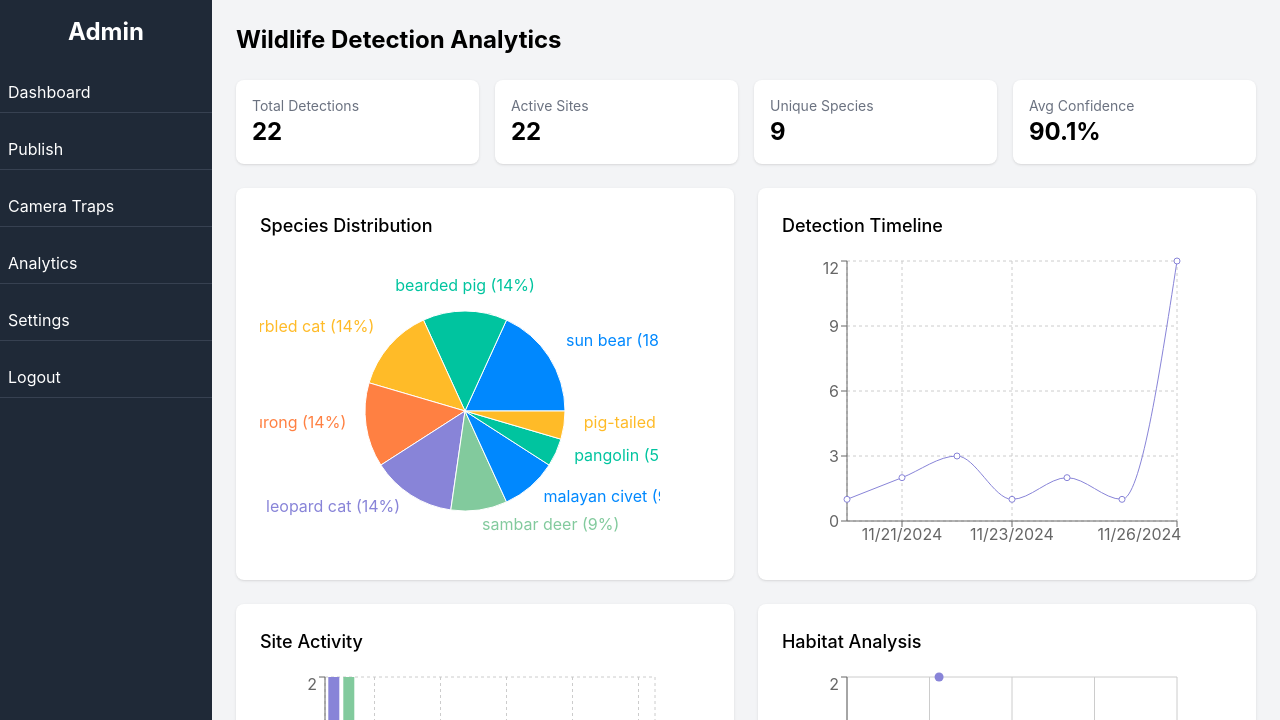
Repository: DominicMathew240/wildlife
Page: /pages/admin/dashboard/analytics
An editor plug-in stored every save of this project. The page is shown before and after a run of saves, followed by the edit.
The browser window is 1280 px wide. The pictures show the whole page.
An inner scrolling area shows only its first screen. Some web libraries are served in a nearby version. The project was rebuilt for these pictures with package versions that can differ from the ones it lists, and the page was loaded fresh each time. The framework's server and built-in components were replaced by stand-ins that run in the browser. Also part of the build but not shown: next.config.mjs.

Above is the page before, as saved 2024-11-25 23:58:26.

### src/app/layout.js
import localFont from "next/font/local";
import "./globals.css";

const geistSans = localFont({
  src: "./fonts/GeistVF.woff",
  variable: "--font-geist-sans",
  weight: "100 900",
});
const geistMono = localFont({
  src: "./fonts/GeistMonoVF.woff",
  variable: "--font-geist-mono",
  weight: "100 900",
});

export const metadata = {
  title: "Wild Life",
  description: "Wild Life of Sarawak",
};

export default function RootLayout({ children }) {
  return (
    <html lang="en">
      <head>
        <link href="https://cdn.jsdelivr.net/npm/flowbite@2.5.1/dist/flowbite.min.css" rel="stylesheet" />
      </head>
      <body className={`${geistSans.variable} ${geistMono.variable} antialiased`} >
        {children}

        <script src="https://cdn.jsdelivr.net/npm/flowbite@2.5.1/dist/flowbite.min.js"></script>
      </body>
    </html>
  );
}

### src/app/pages/admin/dashboard/analytics/page.js
"use client";

import React, { useState, useEffect } from 'react';
import { BarChart, Bar, XAxis, YAxis, CartesianGrid, Tooltip, Legend, PieChart, Pie, Cell, LineChart, Line, ScatterChart, Scatter } from 'recharts';
import Sidebar from "../../components/sidebar";
import { createClient } from '@vercel/postgres';


export default function Analytics() {
  // Mock data matching our database schema
  const detectionData = [
    { site_id: '0002-A', species: 'sun bear', confidence: 0.89, timestamp: '2024-11-20 14:23:15' },
    { site_id: '0002-A', species: 'bearded pig', confidence: 0.95, timestamp: '2024-11-25 15:45:32' },
    { site_id: '0002-B', species: 'marbled cat', confidence: 0.88, timestamp: '2024-11-23 16:12:45' },
    { site_id: '0002-C', species: 'sambar deer', confidence: 0.92, timestamp: '2024-11-22 17:30:21' },
    { site_id: '0002-D', species: 'binturong', confidence: 0.87, timestamp: '2024-11-22 18:45:33' },
    { site_id: '0003-A', species: 'sun bear', confidence: 0.91, timestamp: '2024-11-24 19:15:42' },
    { site_id: '0003-B', species: 'pangolin', confidence: 0.86, timestamp: '2024-11-24 20:1:18' },
    { site_id: '0003-C', species: 'leopard cat', confidence: 0.93, timestamp: '2024-11-21 21:35:44' },
    { site_id: '0003-D', species: 'leopard cat', confidence: 0.89, timestamp: '2024-11-21 22:45:12' },
    { site_id: '0004-A', species: 'malayan civet', confidence: 0.90, timestamp: '2024-11-22 23:15:33' },
    { site_id: '0004-B', species: 'pig-tailed macaque', confidence: 0.88, timestamp: '2024-11-26 00:23:42' },
    { site_id: '0004-C', species: 'sun bear', confidence: 0.92, timestamp: '2024-11-26 01:35:18' },
    { site_id: '0004-D', species: 'bearded pig', confidence: 0.94, timestamp: '2024-11-26 02:45:55' },
    { site_id: '0005-A', species: 'marbled cat', confidence: 0.87, timestamp: '2024-11-26 03:15:22' },
    { site_id: '0005-B', species: 'binturong', confidence: 0.89, timestamp: '2024-11-26 04:20:44' },
    { site_id: '0005-C', species: 'sambar deer', confidence: 0.93, timestamp: '2024-11-26 05:35:16' },
    { site_id: '0006-A', species: 'leopard cat', confidence: 0.90, timestamp: '2024-11-26 06:15:33' },
    { site_id: '0006-B', species: 'malayan civet', confidence: 0.88, timestamp: '2024-11-26 07:20:47' },
    { site_id: '0006-C', species: 'sun bear', confidence: 0.91, timestamp: '2024-11-26 08:35:19' },
    { site_id: '0001-A', species: 'bearded pig', confidence: 0.89, timestamp: '2024-11-26 09:15:28' },
    { site_id: '0001-B', species: 'binturong', confidence: 0.92, timestamp: '2024-11-26 10:23:45' },
    { site_id: '0001-C', species: 'marbled cat', confidence: 0.90, timestamp: '2024-11-26 11:35:12' }
];

const siteData = [
    { site_id: '0002-A', elevation_m: 279, forest_cover: 95, canopy_height: 35, water_occurrence: 12, distance_to_road: 0, human_population: 0 },
    { site_id: '0002-B', elevation_m: 308, forest_cover: 97, canopy_height: 43, water_occurrence: 0, distance_to_road: 0, human_population: 0 },
    { site_id: '0002-C', elevation_m: 374, forest_cover: 93, canopy_height: 41, water_occurrence: 0, distance_to_road: 1414.213501, human_population: 0 },
    { site_id: '0002-D', elevation_m: 382, forest_cover: 97, canopy_height: 39, water_occurrence: 0, distance_to_road: 2000, human_population: 0 },
    { site_id: '0002-E', elevation_m: 471, forest_cover: 93, canopy_height: 37, water_occurrence: 0, distance_to_road: 1000, human_population: 0 },
    { site_id: '0003-A', elevation_m: 337, forest_cover: 98, canopy_height: 44, water_occurrence: 0, distance_to_road: 2828.427002, human_population: 0 },
    { site_id: '0003-B', elevation_m: 337, forest_cover: 98, canopy_height: 44, water_occurrence: 0, distance_to_road: 2000, human_population: 0 },
    { site_id: '0003-C', elevation_m: 558, forest_cover: 95, canopy_height: 44, water_occurrence: 0, distance_to_road: 0, human_population: 0 },
    { site_id: '0003-D', elevation_m: 429, forest_cover: 98, canopy_height: 40, water_occurrence: 0, distance_to_road: 0, human_population: 0 },
    { site_id: '0004-A', elevation_m: 439, forest_cover: 98, canopy_height: 41, water_occurrence: 0, distance_to_road: 0, human_population: 0 },
    { site_id: '0004-B', elevation_m: 297, forest_cover: 98, canopy_height: 38, water_occurrence: 0, distance_to_road: 1000, human_population: 0 },
    { site_id: '0004-C', elevation_m: 648, forest_cover: 94, canopy_height: 34, water_occurrence: 0, distance_to_road: 0, human_population: 0 },
    { site_id: '0004-D', elevation_m: 869, forest_cover: 92, canopy_height: 40, water_occurrence: 0, distance_to_road: 2828.427002, human_population: 0 },
    { site_id: '0005-A', elevation_m: 667, forest_cover: 98, canopy_height: 42, water_occurrence: 0, distance_to_road: 0, human_population: 0 },
    { site_id: '0005-B', elevation_m: 667, forest_cover: 98, canopy_height: 42, water_occurrence: 0, distance_to_road: 0, human_population: 0 },
    { site_id: '0005-C', elevation_m: 15, forest_cover: 92, canopy_height: 20, water_occurrence: 0, distance_to_road: 4472.13623, human_population: 0 },
    { site_id: '0006-A', elevation_m: 104, forest_cover: 89, canopy_height: 19, water_occurrence: 0, distance_to_road: 1000, human_population: 0 },
    { site_id: '0006-B', elevation_m: 549, forest_cover: 94, canopy_height: 30, water_occurrence: 0, distance_to_road: 1000, human_population: 0 },
    { site_id: '0006-C', elevation_m: 367, forest_cover: 91, canopy_height: 28, water_occurrence: 0, distance_to_road: 1000, human_population: 7.454078674 },
    { site_id: '0001-A', elevation_m: 72, forest_cover: 93, canopy_height: 23, water_occurrence: 0, distance_to_road: 0, human_population: 3.773095846 },
    { site_id: '0001-B', elevation_m: 300, forest_cover: 92, canopy_height: 37, water_occurrence: 0, distance_to_road: 3605.55127, human_population: 0 },
    { site_id: '0001-C', elevation_m: 281, forest_cover: 95, canopy_height: 31, water_occurrence: 0, distance_to_road: 2236.068115, human_population: 0 }
];

  const getSpeciesStats = () => {
    const stats = {};
    detectionData.forEach(det => {
      if (!stats[det.species]) {
        stats[det.species] = {
          count: 0,
          avgConfidence: 0,
          sites: new Set()
        };
      }
      stats[det.species].count++;
      stats[det.species].avgConfidence += det.confidence;
      stats[det.species].sites.add(det.site_id);
    });

    return Object.entries(stats).map(([species, data]) => ({
      species,
      count: data.count,
      avgConfidence: (data.avgConfidence / data.count * 100).toFixed(1),
      siteCount: data.sites.size
    })).sort((a, b) => b.count - a.count);
  };

  const getSiteStats = () => {
    return siteData.map(site => ({
      ...site,
      detectionCount: detectionData.filter(d => d.site_id === site.site_id).length,
      uniqueSpecies: new Set(detectionData.filter(d => d.site_id === site.site_id).map(d => d.species)).size
    }));
  };

  const getTimeSeriesData = () => {
    const timeData = {};
    detectionData.forEach(det => {
      const date = new Date(det.timestamp).toLocaleDateString();
      timeData[date] = (timeData[date] || 0) + 1;
    });
    return Object.entries(timeData)
      .map(([date, count]) => ({ date, count }))
      .sort((a, b) => new Date(a.date) - new Date(b.date));
  };

  const COLORS = ['#0088FE', '#00C49F', '#FFBB28', '#FF8042', '#8884d8', '#82ca9d'];

  return (
    <div className="flex flex-row h-screen bg-gray-100">
      <Sidebar />
      <div className="w-full p-6 overflow-y-auto">
        <h1 className="text-2xl font-bold mb-6">Wildlife Detection Analytics</h1>

        {/* Overview Cards */}
        <div className="grid grid-cols-1 md:grid-cols-4 gap-4 mb-6">
          <div className="bg-white p-4 rounded-lg shadow">
            <h3 className="text-gray-500 text-sm">Total Detections</h3>
            <p className="text-2xl font-bold">{detectionData.length}</p>
          </div>
          <div className="bg-white p-4 rounded-lg shadow">
            <h3 className="text-gray-500 text-sm">Active Sites</h3>
            <p className="text-2xl font-bold">{siteData.length}</p>
          </div>
          <div className="bg-white p-4 rounded-lg shadow">
            <h3 className="text-gray-500 text-sm">Unique Species</h3>
            <p className="text-2xl font-bold">{new Set(detectionData.map(d => d.species)).size}</p>
          </div>
          <div className="bg-white p-4 rounded-lg shadow">
            <h3 className="text-gray-500 text-sm">Avg Confidence</h3>
            <p className="text-2xl font-bold">
              {(detectionData.reduce((acc, det) => acc + det.confidence, 0) / detectionData.length * 100).toFixed(1)}%
            </p>
          </div>
        </div>

        {/* Charts */}
        <div className="grid grid-cols-1 md:grid-cols-2 gap-6 mb-6">
          <div className="bg-white p-6 rounded-lg shadow">
            <h3 className="text-lg font-medium mb-4">Species Distribution</h3>
            <PieChart width={400} height={300}>
              <Pie
                data={getSpeciesStats()}
                cx={200}
                cy={150}
                labelLine={false}
                outerRadius={100}
                dataKey="count"
                nameKey="species"
                label={({ species, percent }) => `${species} (${(percent * 100).toFixed(0)}%)`}
              >
                {getSpeciesStats().map((entry, index) => (
                  <Cell key={`cell-${index}`} fill={COLORS[index % COLORS.length]} />
                ))}
              </Pie>
              <Tooltip />
            </PieChart>
          </div>

          <div className="bg-white p-6 rounded-lg shadow">
            <h3 className="text-lg font-medium mb-4">Detection Timeline</h3>
            <LineChart width={400} height={300} data={getTimeSeriesData()}>
              <CartesianGrid strokeDasharray="3 3" />
              <XAxis dataKey="date" />
              <YAxis />
              <Tooltip />
              <Line type="monotone" dataKey="count" stroke="#8884d8" />
            </LineChart>
          </div>

          <div className="bg-white p-6 rounded-lg shadow">
            <h3 className="text-lg font-medium mb-4">Site Activity</h3>
            <BarChart width={400} height={300} data={getSiteStats().slice(0, 10)}>
              <CartesianGrid strokeDasharray="3 3" />
              <XAxis dataKey="site_id" />
              <YAxis />
              <Tooltip />
              <Legend />
              <Bar dataKey="detectionCount" fill="#8884d8" name="Detections" />
              <Bar dataKey="uniqueSpecies" fill="#82ca9d" name="Unique Species" />
            </BarChart>
          </div>

          <div className="bg-white p-6 rounded-lg shadow">
            <h3 className="text-lg font-medium mb-4">Habitat Analysis</h3>
            <ScatterChart width={400} height={300}>
              <CartesianGrid />
              <XAxis type="number" dataKey="elevation_m" name="Elevation (m)" />
              <YAxis type="number" dataKey="detectionCount" name="Detection Count" />
              <Tooltip cursor={{ strokeDasharray: '3 3' }} />
              <Scatter name="Sites" data={getSiteStats()} fill="#8884d8" />
            </ScatterChart>
          </div>
        </div>

        {/* Detailed Tables */}
        <div className="grid grid-cols-1 gap-6">
          <div className="bg-white p-6 rounded-lg shadow">
            <h3 className="text-lg font-medium mb-4">Latest Detections</h3>
            <div className="overflow-x-auto">
              <table className="min-w-full">
                <thead>
                  <tr className="bg-gray-50">
                    <th className="p-2">Time</th>
                    <th className="p-2">Site</th>
                    <th className="p-2">Species</th>
                    <th className="p-2">Confidence</th>
                  </tr>
                </thead>
                <tbody>
                  {detectionData.slice(0, 10).map((detection, idx) => (
                    <tr key={idx} className="border-t">
                      <td className="p-2">{new Date(detection.timestamp).toLocaleString()}</td>
                      <td className="p-2">{detection.site_id}</td>
                      <td className="p-2">{detection.species}</td>
                      <td className="p-2">{(detection.confidence * 100).toFixed(1)}%</td>
                    </tr>
                  ))}
                </tbody>
              </table>
            </div>
          </div>

          <div className="bg-white p-6 rounded-lg shadow">
            <h3 className="text-lg font-medium mb-4">Site Performance</h3>
            <div className="overflow-x-auto">
              <table className="min-w-full">
                <thead>
                  <tr className="bg-gray-50">
                    <th className="p-2">Site ID</th>
                    <th className="p-2">Elevation (m)</th>
                    <th className="p-2">Forest Cover (%)</th>
                    <th className="p-2">Canopy Height (m)</th>
                    <th className="p-2">Total Detections</th>
                    <th className="p-2">Unique Species</th>
                  </tr>
                </thead>
                <tbody>
                  {getSiteStats().map((site, idx) => (
                    <tr key={idx} className="border-t">
                      <td className="p-2">{site.site_id}</td>
                      <td className="p-2">{site.elevation_m}</td>
                      <td className="p-2">{site.forest_cover}</td>
                      <td className="p-2">{site.canopy_height}</td>
                      <td className="p-2">{site.detectionCount}</td>
                      <td className="p-2">{site.uniqueSpecies}</td>
                    </tr>
                  ))}
                </tbody>
              </table>
            </div>
          </div>
        </div>
      </div>
    </div>
  );
}

### src/app/globals.css
@tailwind base;
@tailwind components;
@tailwind utilities;

.thank-you-animation {
    font-size: 3rem;
    animation: bounce 1s infinite;
}

@keyframes bounce {
    0%, 100% {
        transform: translateY(0);
    }
    50% {
        transform: translateY(-20px);
    }
}

html {
    scroll-behavior: smooth;
}

### src/app/pages/admin/components/sidebar.js
import React from "react";
import Link from "next/link";

export default function Sidebar() {
    return (
        <aside className="flex flex-col justify-start items-center w-64 h-screen bg-gray-800 text-white">
            <h1 className="text-2xl font-bold mt-4">Admin</h1>
            <ul className="flex flex-col justify-start items-center w-full mt-4">
                <Link href="/pages/admin/dashboard" className="w-full p-2 my-2 border-b border-gray-700">Dashboard</Link>
                <Link href="/pages/admin/dashboard/admin_publish" className="w-full p-2 my-2 border-b border-gray-700">Publish</Link>
                <Link href="/pages/admin/dashboard/camera_traps" className="w-full p-2 my-2 border-b border-gray-700">Camera Traps</Link>
                <Link href="/pages/admin/dashboard/analytics" className="w-full p-2 my-2 border-b border-gray-700">Analytics</Link>
                <Link href="/pages/admin/dashboard/admin_roles" className="w-full p-2 my-2 border-b border-gray-700">Settings</Link>
                <a href="/" className="w-full p-2 my-2 border-b border-gray-700">Logout</a>
            </ul>
        </aside>
    );
}

Loaded but not shown: tailwind.config.js (common file)

After the next 8 saves:
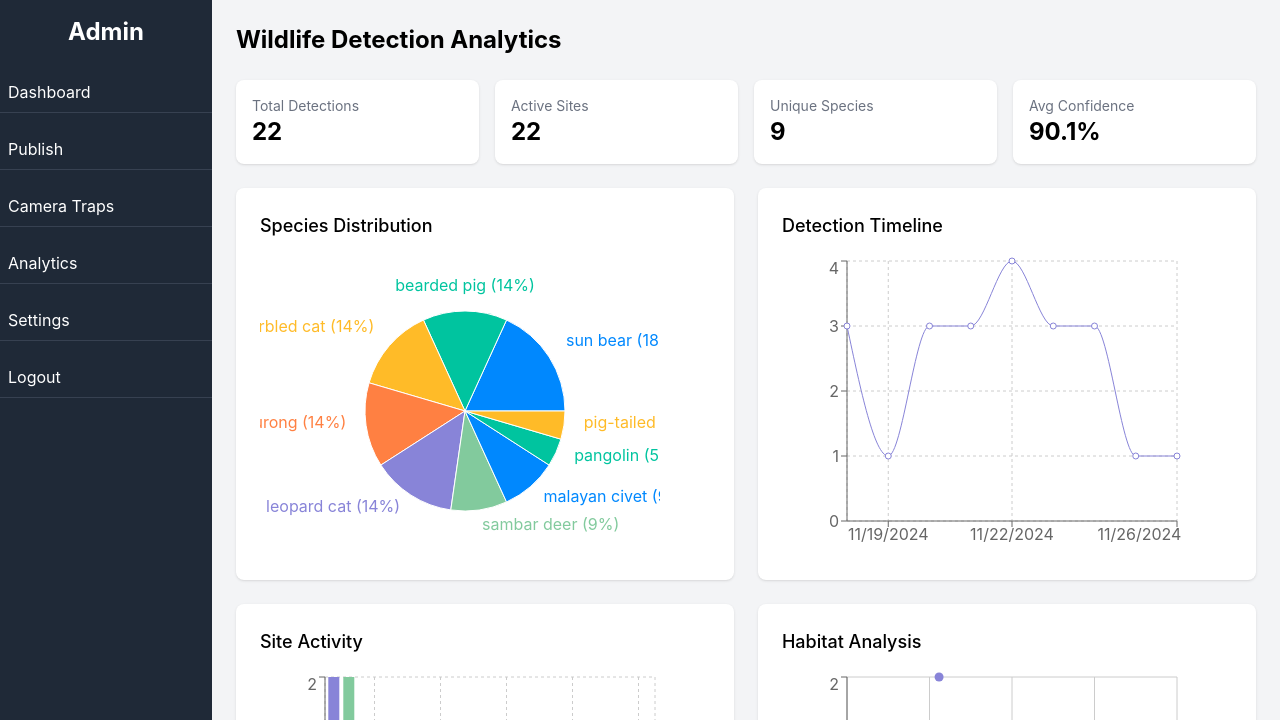
The 8 saves are shown as one change because they came seconds apart.
The last was saved 28 s later.
--- a/src/app/pages/admin/dashboard/analytics/page.js
+++ b/src/app/pages/admin/dashboard/analytics/page.js
@@ -19,18 +19,18 @@ export default function Analytics() {
     { site_id: '0003-C', species: 'leopard cat', confidence: 0.93, timestamp: '2024-11-21 21:35:44' },
     { site_id: '0003-D', species: 'leopard cat', confidence: 0.89, timestamp: '2024-11-21 22:45:12' },
     { site_id: '0004-A', species: 'malayan civet', confidence: 0.90, timestamp: '2024-11-22 23:15:33' },
-    { site_id: '0004-B', species: 'pig-tailed macaque', confidence: 0.88, timestamp: '2024-11-26 00:23:42' },
-    { site_id: '0004-C', species: 'sun bear', confidence: 0.92, timestamp: '2024-11-26 01:35:18' },
-    { site_id: '0004-D', species: 'bearded pig', confidence: 0.94, timestamp: '2024-11-26 02:45:55' },
-    { site_id: '0005-A', species: 'marbled cat', confidence: 0.87, timestamp: '2024-11-26 03:15:22' },
-    { site_id: '0005-B', species: 'binturong', confidence: 0.89, timestamp: '2024-11-26 04:20:44' },
-    { site_id: '0005-C', species: 'sambar deer', confidence: 0.93, timestamp: '2024-11-26 05:35:16' },
-    { site_id: '0006-A', species: 'leopard cat', confidence: 0.90, timestamp: '2024-11-26 06:15:33' },
-    { site_id: '0006-B', species: 'malayan civet', confidence: 0.88, timestamp: '2024-11-26 07:20:47' },
-    { site_id: '0006-C', species: 'sun bear', confidence: 0.91, timestamp: '2024-11-26 08:35:19' },
-    { site_id: '0001-A', species: 'bearded pig', confidence: 0.89, timestamp: '2024-11-26 09:15:28' },
+    { site_id: '0004-B', species: 'pig-tailed macaque', confidence: 0.88, timestamp: '2024-11-21 00:23:42' },
+    { site_id: '0004-C', species: 'sun bear', confidence: 0.92, timestamp: '2024-11-20 01:35:18' },
+    { site_id: '0004-D', species: 'bearded pig', confidence: 0.94, timestamp: '2024-11-23 02:45:55' },
+    { site_id: '0005-A', species: 'marbled cat', confidence: 0.87, timestamp: '2024-11-22 03:15:22' },
+    { site_id: '0005-B', species: 'binturong', confidence: 0.89, timestamp: '2024-11-18 04:20:44' },
+    { site_id: '0005-C', species: 'sambar deer', confidence: 0.93, timestamp: '2024-11-18 05:35:16' },
+    { site_id: '0006-A', species: 'leopard cat', confidence: 0.90, timestamp: '2024-11-18 06:15:33' },
+    { site_id: '0006-B', species: 'malayan civet', confidence: 0.88, timestamp: '2024-11-19 07:20:47' },
+    { site_id: '0006-C', species: 'sun bear', confidence: 0.91, timestamp: '2024-11-20 08:35:19' },
+    { site_id: '0001-A', species: 'bearded pig', confidence: 0.89, timestamp: '2024-11-24 09:15:28' },
     { site_id: '0001-B', species: 'binturong', confidence: 0.92, timestamp: '2024-11-26 10:23:45' },
-    { site_id: '0001-C', species: 'marbled cat', confidence: 0.90, timestamp: '2024-11-26 11:35:12' }
+    { site_id: '0001-C', species: 'marbled cat', confidence: 0.90, timestamp: '2024-11-23 11:35:12' }
 ];
 
 const siteData = [
